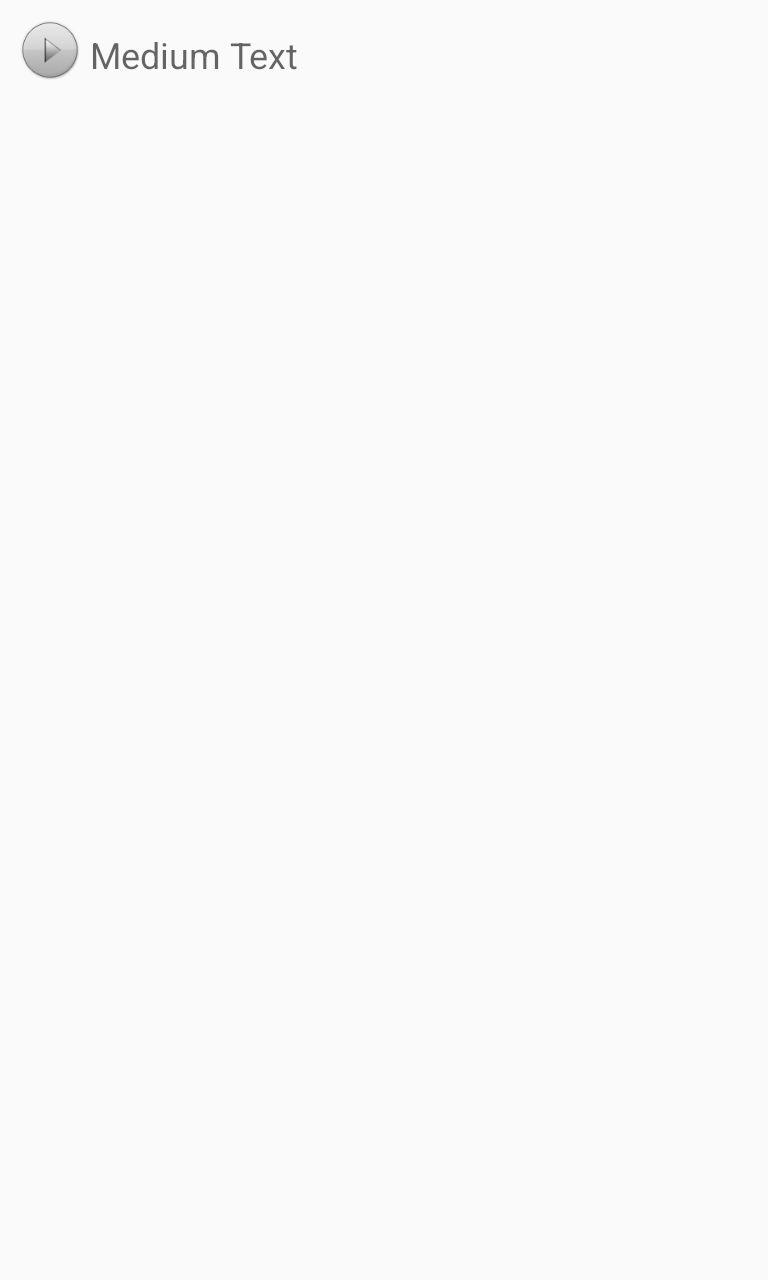
Repository: savindra/cutting-edge
Layout: Humzearch/res/layout/settings_row.xml
The author's editor kept a copy of each file at every save. The layout is drawn from the files as they stood at one save, then again after the next save.
It is drawn on a 768 x 1280 px phone screen (xhdpi) without system bars, with theme AppTheme; the app's code is not run.

Above is the layout before, as saved 2015-06-22 06:41:57.

### Humzearch/res/layout/settings_row.xml
<?xml version="1.0" encoding="utf-8"?>
<RelativeLayout xmlns:android="http://schemas.android.com/apk/res/android"
    android:layout_width="match_parent"
    android:layout_height="match_parent"
    android:orientation="horizontal" >

    <ImageView
        android:id="@+id/imageView1"
        android:layout_width="30dp"
        android:layout_height="30dp"
        android:layout_marginBottom="10dp"
        android:layout_marginLeft="10dp"
        android:layout_marginTop="10dp"
        android:src="@drawable/play_button" />

    <TextView
        android:id="@+id/textView1"
        android:layout_width="wrap_content"
        android:layout_height="wrap_content"
        android:layout_alignTop="@+id/imageView1"
        android:layout_marginLeft="5dp"
        android:layout_marginTop="5dp"
        android:layout_toRightOf="@+id/imageView1"
        android:text="Medium Text"
        android:textAppearance="?android:attr/textAppearanceMedium" />

</RelativeLayout>

### Humzearch/res/values-v21/style.xml
<?xml version="1.0" encoding="utf-8"?>
<resources>
    <style name="AppTheme" parent="AppTheme.Base">
        <!-- Customize your theme using Material Design here. -->
    </style>
</resources>

### Humzearch/res/values/styles.xml
<resources>

    <!-- Base application theme. -->
    <style name="AppTheme" parent="AppTheme.Base"/>

    <style name="AppTheme.Base" parent="Theme.AppCompat.Light.DarkActionBar">
        <!-- Customize your theme here. -->

        <!-- colorPrimary is used for the default action bar background -->
        <item name="colorPrimary">@color/ColorPrimary</item>

        <!-- colorPrimaryDark is used for the status bar -->
        <item name="colorPrimaryDark">@color/ColorPrimaryDark</item>

        <!-- colorAccent is used as the default value for colorControlActivated
             which is used to tint widgets -->

        <!-- You can also set colorControlNormal, colorControlActivated
             colorControlHighlight & colorSwitchThumbNormal. -->

        <item name="homeAsUpIndicator">@drawable/ic_drawer</item>
		<item name="android:homeAsUpIndicator">@drawable/ic_drawer</item>
    </style>

    <style name="AppTheme.NoTitleBar" parent="Theme.AppCompat.Light.NoActionBar">
        <!-- Customize your theme here. -->

        <!-- colorPrimary is used for the default action bar background -->
        <item name="colorPrimary">@color/ColorPrimary</item>

        <!-- colorPrimaryDark is used for the status bar -->
        <item name="colorPrimaryDark">@color/ColorPrimaryDark</item>

        <!-- colorAccent is used as the default value for colorControlActivated
             which is used to tint widgets -->

        <!-- You can also set colorControlNormal, colorControlActivated
             colorControlHighlight & colorSwitchThumbNormal. -->
    </style>

    <style name="AppTheme.BackButton" parent="Theme.AppCompat.Light.DarkActionBar">
        <!-- Customize your theme here. -->

        <!-- colorPrimary is used for the default action bar background -->
        <item name="colorPrimary">@color/ColorPrimary</item>

        <!-- colorPrimaryDark is used for the status bar -->
        <item name="colorPrimaryDark">@color/ColorPrimaryDark</item>

        <!-- colorAccent is used as the default value for colorControlActivated
             which is used to tint widgets -->

        <!-- You can also set colorControlNormal, colorControlActivated
             colorControlHighlight & colorSwitchThumbNormal. -->
    </style>

    <style name="toolbar_bottom" parent="Widget.AppCompat.Toolbar">
    	<item name="contentInsetStart">0dp</item>
    	<item name="contentInsetEnd">0dp</item>
	</style>

</resources>

### Humzearch/res/values/color.xml
<?xml version="1.0" encoding="utf-8"?>
<resources>
    <color name="ColorPrimary">#e62117</color>
    <color name="ColorPrimaryDark">#c31c13</color>
    <color name="tabsScrollColor">#8a140e</color>
    <color name="fontblack">#000</color>

    <!-- Main menu colors -->
    <color name="list_item_title">#303030</color>
    <color name="list_background">#eee</color>
    <color name="list_background_pressed">#aaa</color>
    <color name="counter_text_bg">#626262</color>
    <color name="counter_text_color">#c5c4c4</color>

    <color name="button">#ccc</color>

    <color name="link">#909090</color>
    <color name="secondbar">#f5f5f5</color>
    <color name="background">#fcfcfc</color>

    <color name="list_divider">#d9d9d9</color>
    <color name="list_row_start_color">#ffffff</color>
    <color name="list_row_end_color">#ffffff</color>
    <color name="list_row_hover_start_color">#ebeef0</color>
    <color name="list_row_hover_end_color">#ebeef0</color>

</resources>

### Humzearch/res/drawable/play_button.xml
<?xml version="1.0" encoding="utf-8"?>
<selector xmlns:android="http://schemas.android.com/apk/res/android">
    <item android:drawable="@drawable/ic_play_pressed"
          android:state_pressed="true" />
    <item android:drawable="@drawable/ic_play_focussed"
          android:state_focused="true" />
    <item android:drawable="@drawable/ic_play_normal" />
</selector>

After the next save:
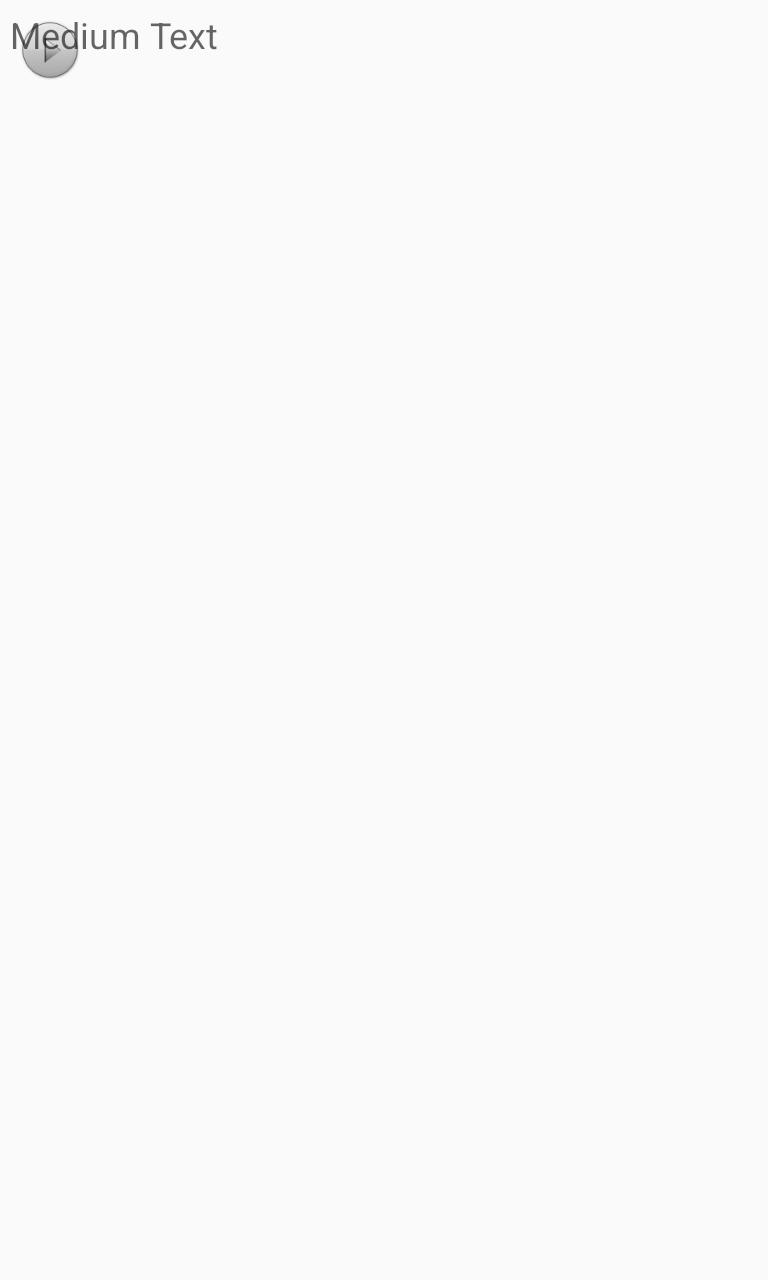
Saved 33 s later.
--- a/Humzearch/res/layout/settings_row.xml
+++ b/Humzearch/res/layout/settings_row.xml
@@ -5,7 +5,7 @@
     android:orientation="horizontal" >
 
     <ImageView
-        android:id="@+id/imageView1"
+        android:id="@+id/imgSettingsRow"
         android:layout_width="30dp"
         android:layout_height="30dp"
         android:layout_marginBottom="10dp"
@@ -14,7 +14,7 @@
         android:src="@drawable/play_button" />
 
     <TextView
-        android:id="@+id/textView1"
+        android:id="@+id/txtSettingRowName"
         android:layout_width="wrap_content"
         android:layout_height="wrap_content"
         android:layout_alignTop="@+id/imageView1"

After the 2 saves that followed:
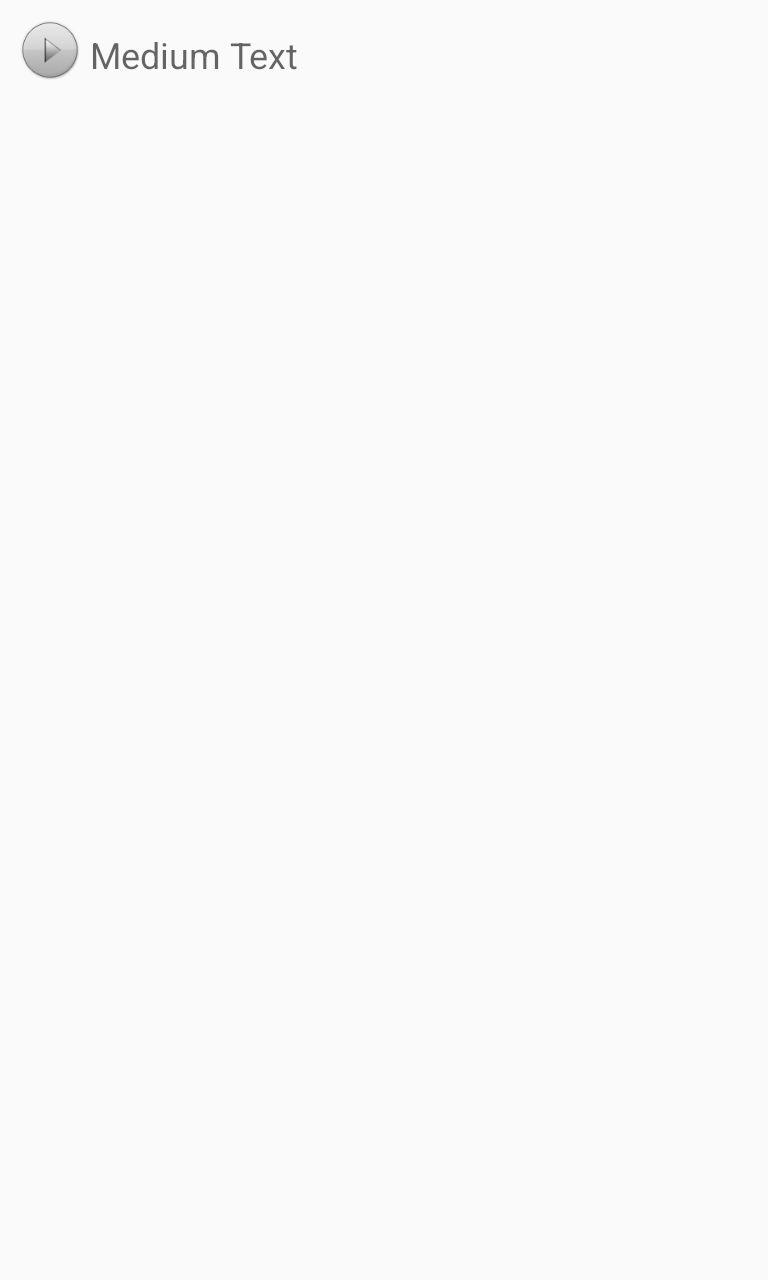
The 2 saves are shown as one change because 1 left the picture as it was.
The last was saved 46 s later.
--- a/Humzearch/res/layout/settings_row.xml
+++ b/Humzearch/res/layout/settings_row.xml
@@ -17,10 +17,10 @@
         android:id="@+id/txtSettingRowName"
         android:layout_width="wrap_content"
         android:layout_height="wrap_content"
-        android:layout_alignTop="@+id/imageView1"
+        android:layout_alignTop="@+id/imgSettingsRow"
         android:layout_marginLeft="5dp"
         android:layout_marginTop="5dp"
-        android:layout_toRightOf="@+id/imageView1"
+        android:layout_toRightOf="@+id/imgSettingsRow"
         android:text="Medium Text"
         android:textAppearance="?android:attr/textAppearanceMedium" />
 
